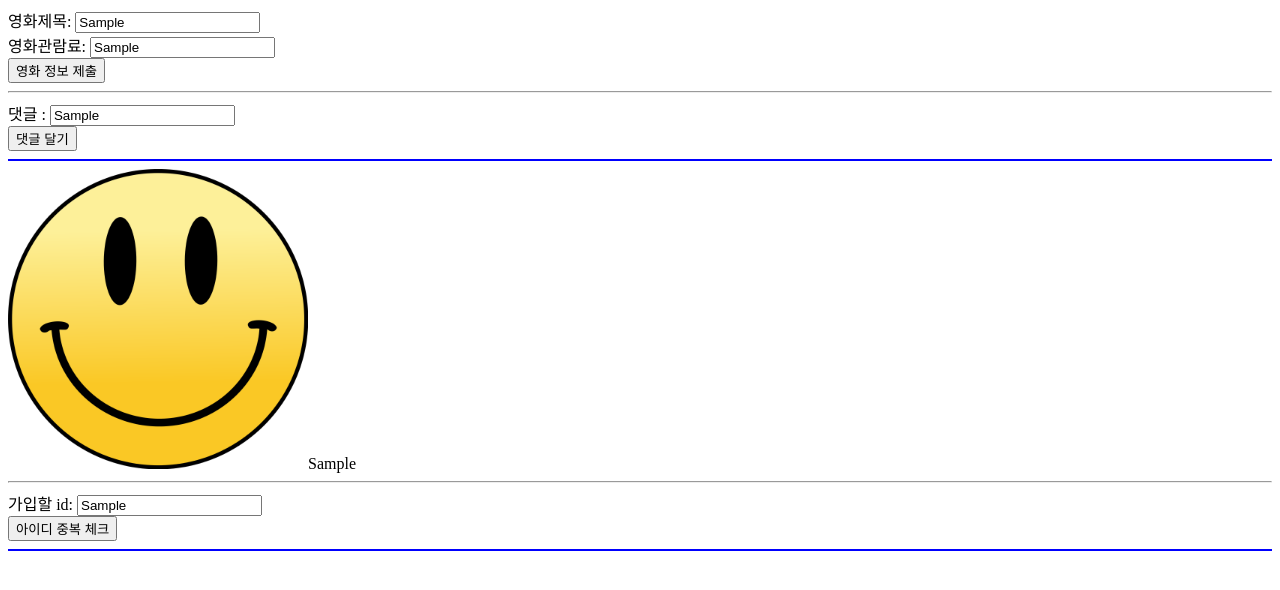
Repository: syshin0116/Himedia
Page: http://localhost/spring05/ajax4.jsp
The author's editor kept a copy of each file at every save. The page is drawn from the files as they stood at one save, then again after the next save.
The browser window is 1280 px wide. The pictures show the whole page.
Empty fields were first filled with sample values (such as "Sample", 5 or name@example.com).
After loading, the first visible `#b2` was clicked once.
The page is served by Tomcat 9.

Above is the page before, as saved 2022-02-18 05:25:57.

After the next save:
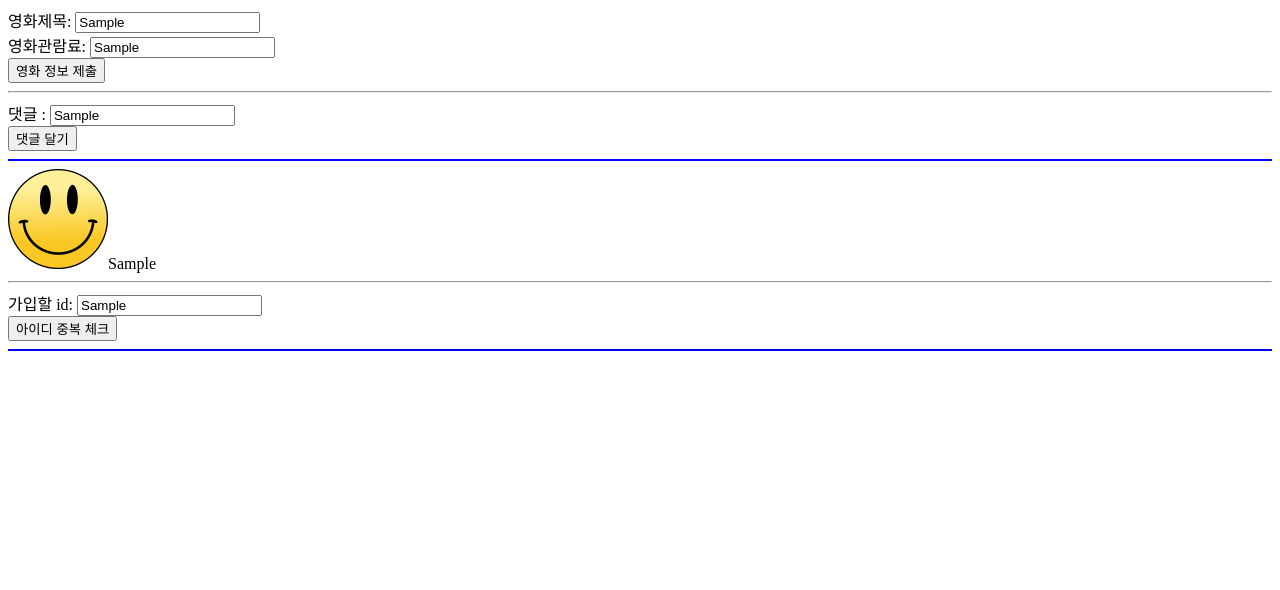
Saved 9 s later.
--- a/Java/-0218-master/spring05/src/main/webapp/ajax4.jsp
+++ b/Java/-0218-master/spring05/src/main/webapp/ajax4.jsp
@@ -39,7 +39,7 @@ $(function() { //dom(document object model) tree)
 			},
 			success: function(result) {
 				alert(result)
-				$('#d1').append("<img src='resources/img/smiley.png' style=height='300px', width='300px' >")
+				$('#d1').append("<img src='resources/img/smiley.png' style=height='100px', width='100px' >")
 				$('#d1').append(result + "<br>")
 			},
 			error: function() {
